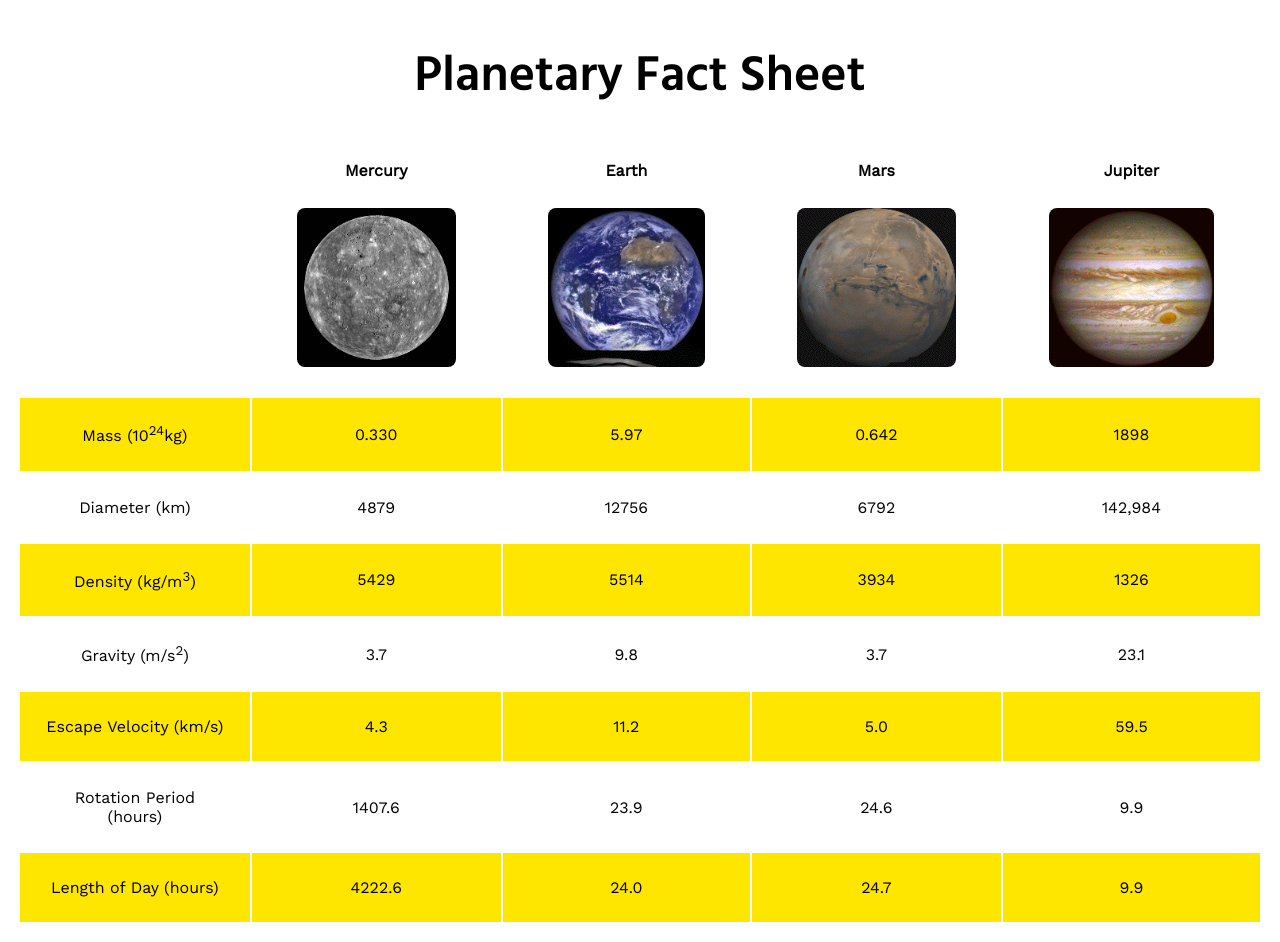
Repository: rishondass/ITMD361-Lab5
Page: index.html
These files come from the project's save history. The page is drawn as it stood at one moment and after the next save; the edit follows.
The browser window is 1280 px wide. The pictures show the whole page.

Above is the page before, as saved 2023-02-22 19:28:29.

After the next save:
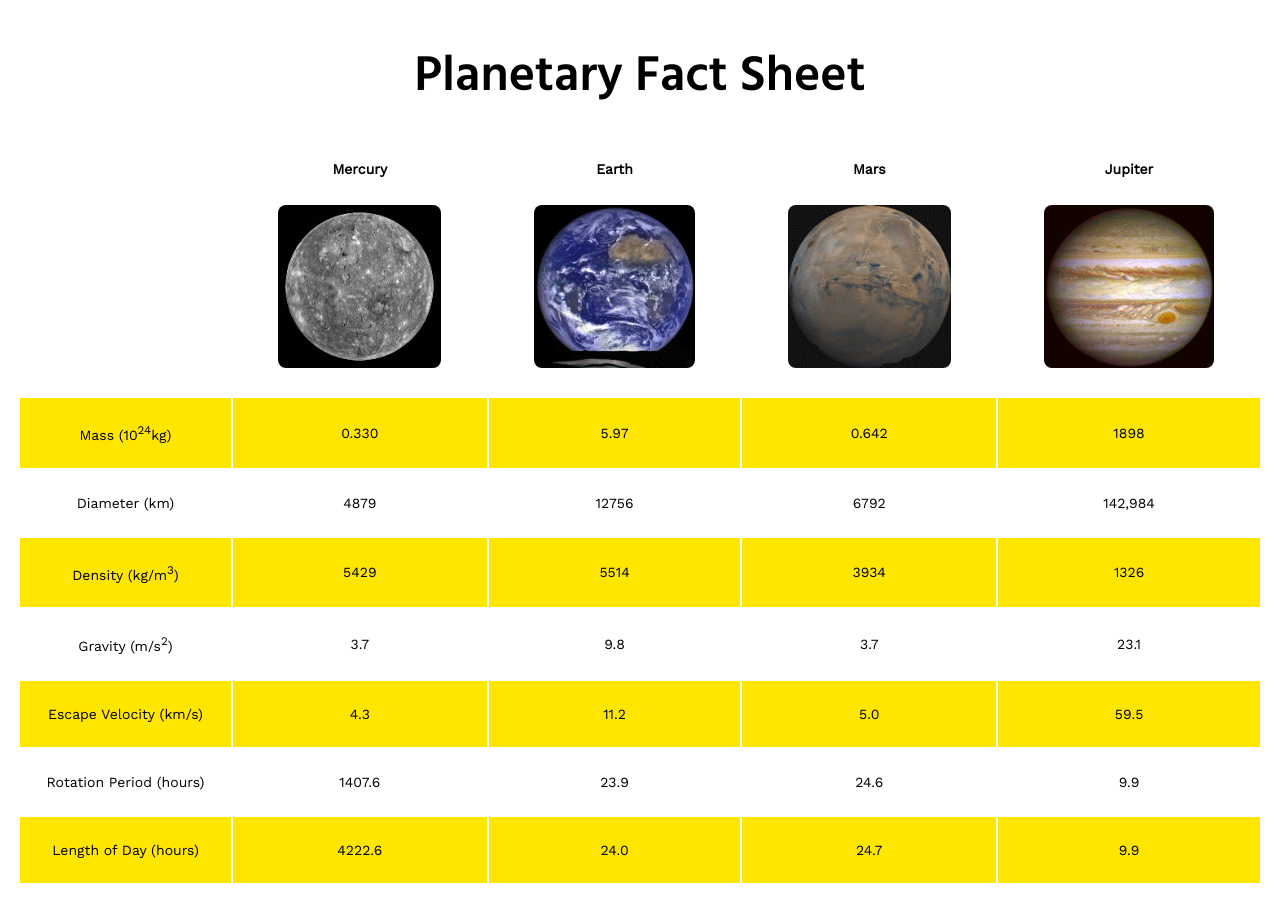
Saved 4 s later.
--- a/css/style.css
+++ b/css/style.css
@@ -12,7 +12,7 @@
   width: 100%;
   text-align: center;
   font-family: 'Work Sans', sans-serif;
-  font-size: ;
+  font-size: 14px;
 }
 
 #planets tr td{
